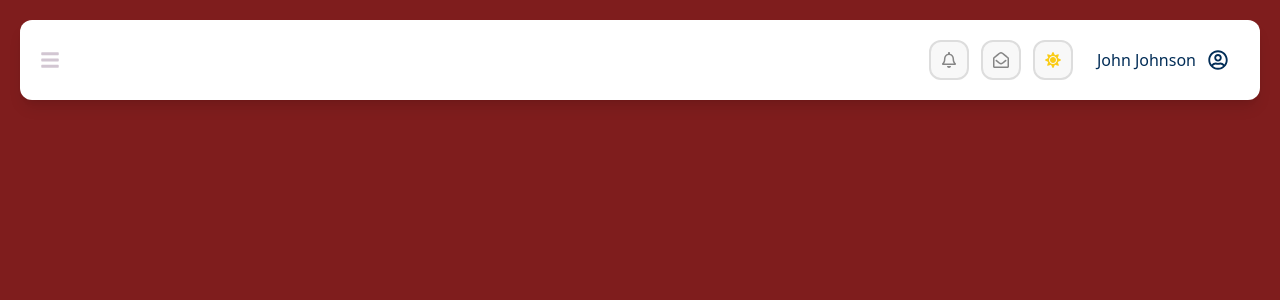
Repository: farrelmuhammad/redesign-bo
Page: /
An editor plug-in stored every save of this project. The page is shown before and after the next save, followed by the edit.
The browser window is 1280 px wide. The pictures show the whole page.
The project was rebuilt for these pictures with package versions that can differ from the ones it lists, and the page was loaded fresh each time. Also part of the build but not shown: src/App.css.

Above is the page before, as saved 2024-03-02 19:26:33.

### src/App.tsx
import React from 'react';
import logo from './logo.svg';
import './App.css';
import Navbar from './components/Navbar';

function App() {
  return (
    <section className='bg-red-900 h-screen w-screen flex font-poppins text-white'>
      <Navbar />
    </section>
  );
}

export default App;

### src/components/Navbar.tsx
import React from 'react'
import { FaBars, FaMoon, FaRegBell, FaRegEnvelopeOpen, FaRegUserCircle, FaSun } from "react-icons/fa";

const Navbar = () => {
    return (
        <nav className='bg-white h-20 w-full flex flex-row justify-between items-center px-5 m-5 rounded-xl shadow-lg'>
            <div className="flex flex-1 justify-start items-center">
                <button className='text-xl text-[#BABA] hover:text-black'>
                    <FaBars />
                </button>
            </div>
            <div className="flex flex-1 flex-row gap-3 justify-end items-end">
                <button className='flex justify-center items-center h-10 w-10 text-[#868686] bg-[#F8F8F8] rounded-xl border-[2px] border-[#DDDDDD] hover:border-gray-500 hover:text-gray-500'>
                    <FaRegBell />
                </button>
                <button className='flex justify-center items-center h-10 w-10 text-[#868686] bg-[#F8F8F8] rounded-xl border-[2px] border-[#DDDDDD] hover:border-gray-500 hover:text-gray-500'>
                    <FaRegEnvelopeOpen />
                </button>
                <button className='flex justify-center items-center h-10 w-10 rounded-xl border-[2px] border-[#DDDDDD] bg-[#F8F8F8] text-yellow-400 hover:border-gray-500 hover:text-yellow-500'>
                    <FaSun />
                    {/* <FaMoon /> */}
                </button>
                <button className='flex flex-row justify-center items-center py-2 px-3 gap-3 text-[#022D57] hover:text-[#1e183a]'>
                    John Johnson <FaRegUserCircle className='text-xl' />
                </button>
            </div>
        </nav>
    )
}

export default Navbar

Loaded but not shown: public/index.html (common file); src/index.tsx (common file); src/index.css (common file); src/reportWebVitals.ts (common file); tailwind.config.js (common file)

After the next save:
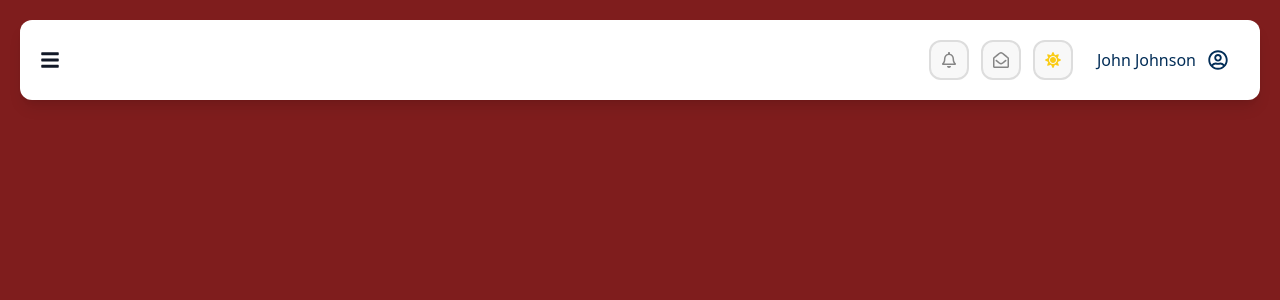
Saved 21 s later.
--- a/src/components/Navbar.tsx
+++ b/src/components/Navbar.tsx
@@ -5,7 +5,7 @@ const Navbar = () => {
     return (
         <nav className='bg-white h-20 w-full flex flex-row justify-between items-center px-5 m-5 rounded-xl shadow-lg'>
             <div className="flex flex-1 justify-start items-center">
-                <button className='text-xl text-[#BABA] hover:text-black'>
+                <button className='text-xl text-gray-900 hover:text-black'>
                     <FaBars />
                 </button>
             </div>
